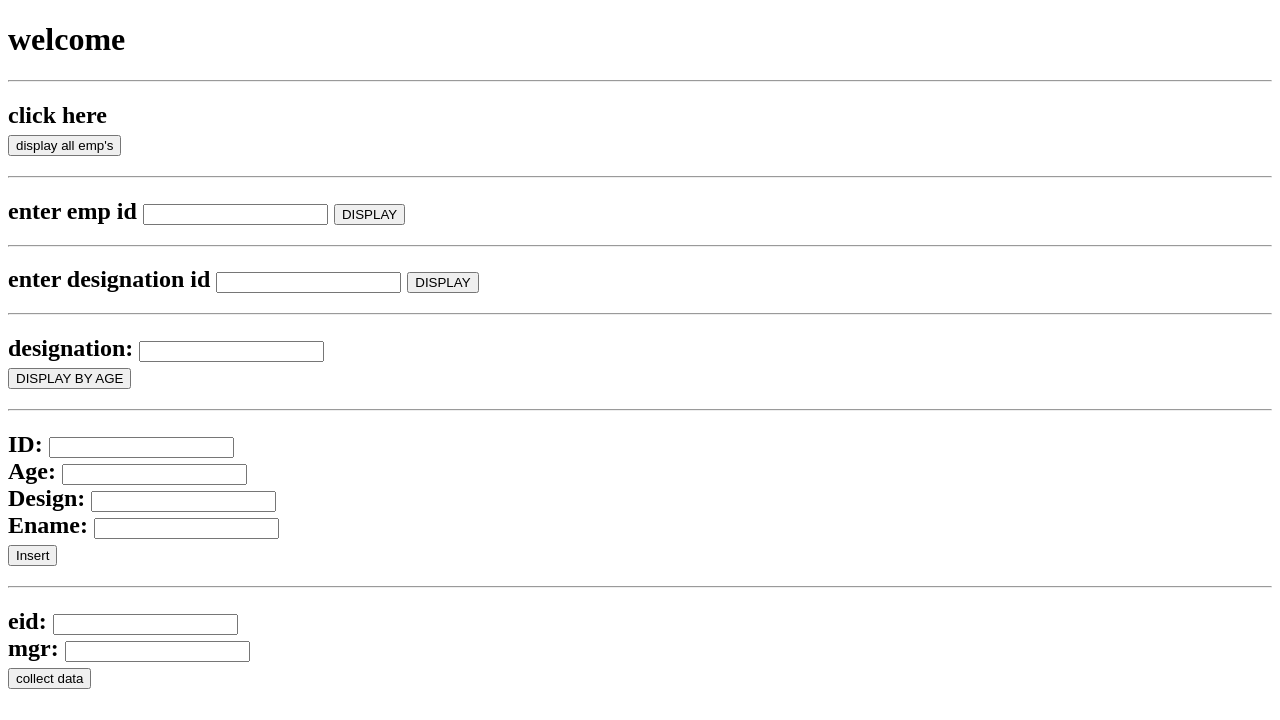
Repository: Saikumar6901/DBSTrainingModules
Page: http://localhost/dbsdemo/Viewall.jsp
An editor plug-in stored every save of this project. The page is shown before and after the next save, followed by the edit.
The browser window is 1280 px wide. The pictures show the whole page.
The page is served by Tomcat 9. Other server files are loaded and not shown.

Above is the page before, as saved 2019-08-17 06:53:31.

### workspace-spring-tool-suite-4-4.3.2.RELEASE/dbsdemo/src/main/webapp/Viewall.jsp
<%@ page language="java" contentType="text/html; charset=ISO-8859-1"
    pageEncoding="ISO-8859-1"%>
<!DOCTYPE html>
<html>
<head>
<meta charset="ISO-8859-1">
<title>Insert title here</title>
</head>
<body>
<h1> welcome</h1>
<hr>
 <form action="displayAll">
<h2>
click here<br>
<input type="submit" name="submit" value="display all emp's">
</h2>
</form>

<hr>

<form action="displayByID" method="post">
<h2>
enter emp id <input type="text" name="eid">
<input type="submit" name="submit" value="DISPLAY">
</h2></form>

<hr>

<form action="displayByDesign" method="post">
<h2>
enter designation id <input type="text" name="design">
<input type="submit" name="submit" value="DISPLAY">
</h2>
</form>

<hr>

<form action="displayByAge" method="post">
<h2>
designation: <input type="text" name="designation"><br>
<input type="submit" name="submit" value="DISPLAY BY AGE">
</h2>
</form>

<hr>

<form action="insertstmt" method="post">
<h2>
ID: <input type="text" name="eid"><br>
Age: <input type="text" name="age"><br>
Design: <input type="text" name="designation"><br>
Ename: <input type="text" name="ename"><br>
<input type="submit" name="submit" value="Insert">
</h2>
</form>

<hr>

<form action="collectdata" method="post">
<h2>
eid: <input type="text" name="eid"><br>
mgr: <input type="text" name="deptname"><br>
<input type="submit" name="submit" value="collect data">
</h2>
</form>
</body>
</html>

After the next save:
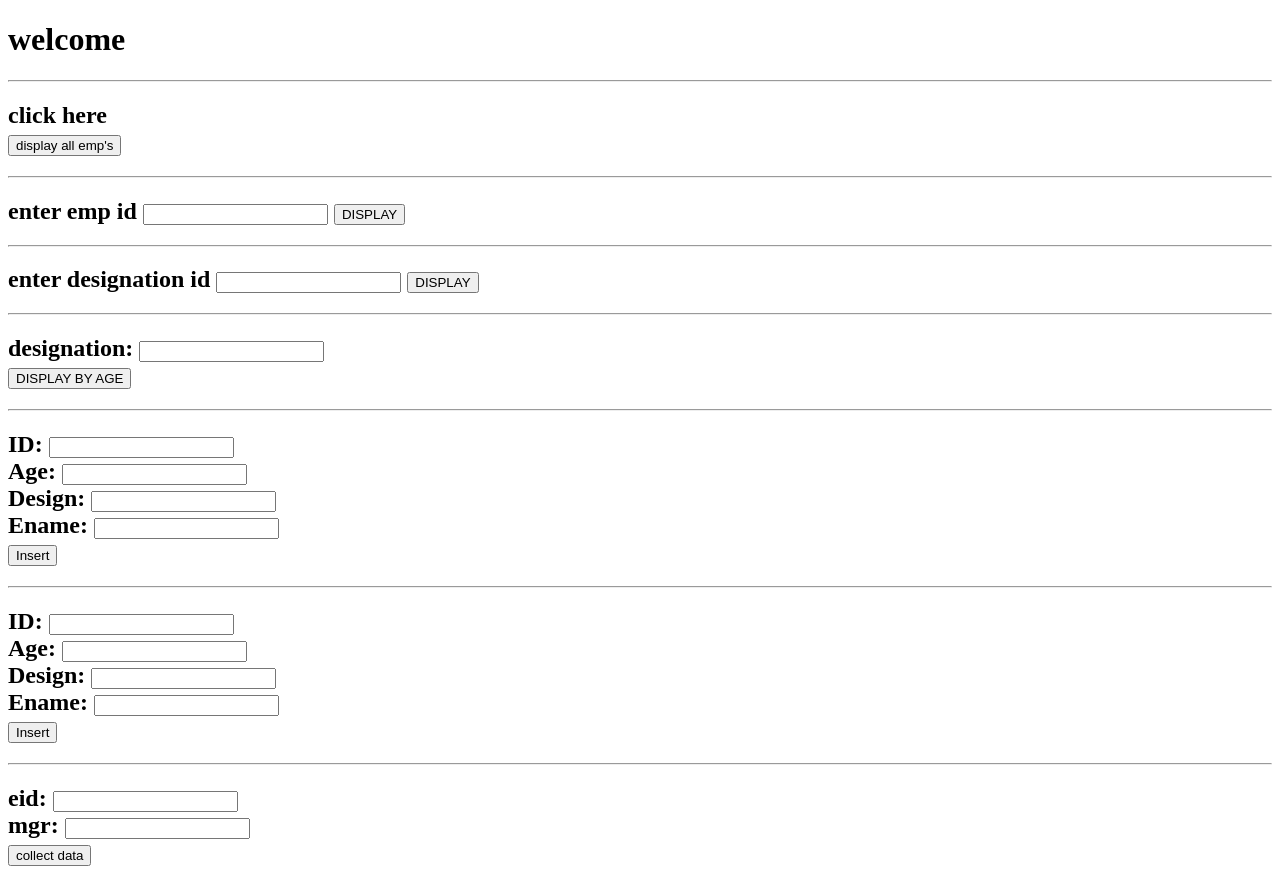
Saved 18 s later.
--- a/workspace-spring-tool-suite-4-4.3.2.RELEASE/dbsdemo/src/main/webapp/Viewall.jsp
+++ b/workspace-spring-tool-suite-4-4.3.2.RELEASE/dbsdemo/src/main/webapp/Viewall.jsp
@@ -56,6 +56,18 @@
 
 <hr>
 
+<form action="updatestmt" method="post">
+<h2>
+ID: <input type="text" name="eid"><br>
+Age: <input type="text" name="age"><br>
+Design: <input type="text" name="designation"><br>
+Ename: <input type="text" name="ename"><br>
+<input type="submit" name="submit" value="Insert">
+</h2>
+</form>
+
+<hr>
+
 <form action="collectdata" method="post">
 <h2>
 eid: <input type="text" name="eid"><br>
